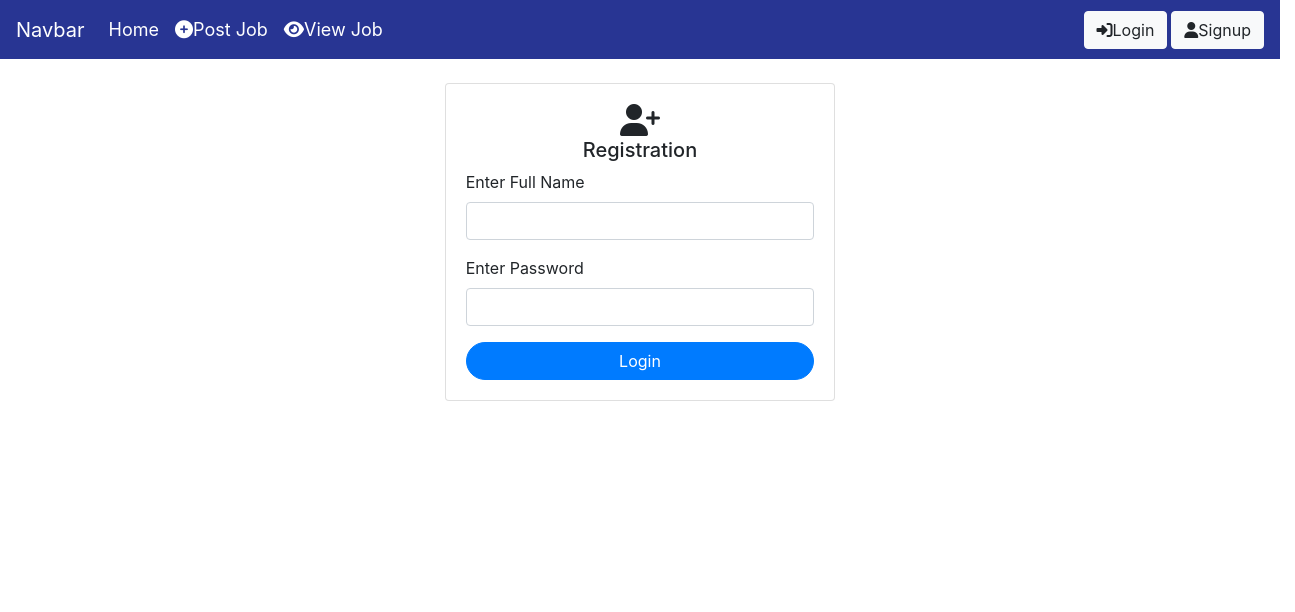
Repository: Pankaj08072001/Adv_Java
Page: http://localhost/06_Job_portal_Project/Signup.jsp
An editor plug-in stored every save of this project. The page is shown before and after the next save, followed by the edit.
The browser window is 1280 px wide. The page is 1295 px wide, so the pictures cover 1295 px, including what lies to the right of the window. The pictures show the whole page.
Some web libraries are served in a nearby version. The page is served by Tomcat 9.

Above is the page before, as saved 2025-03-13 19:59:05.

After the next save:
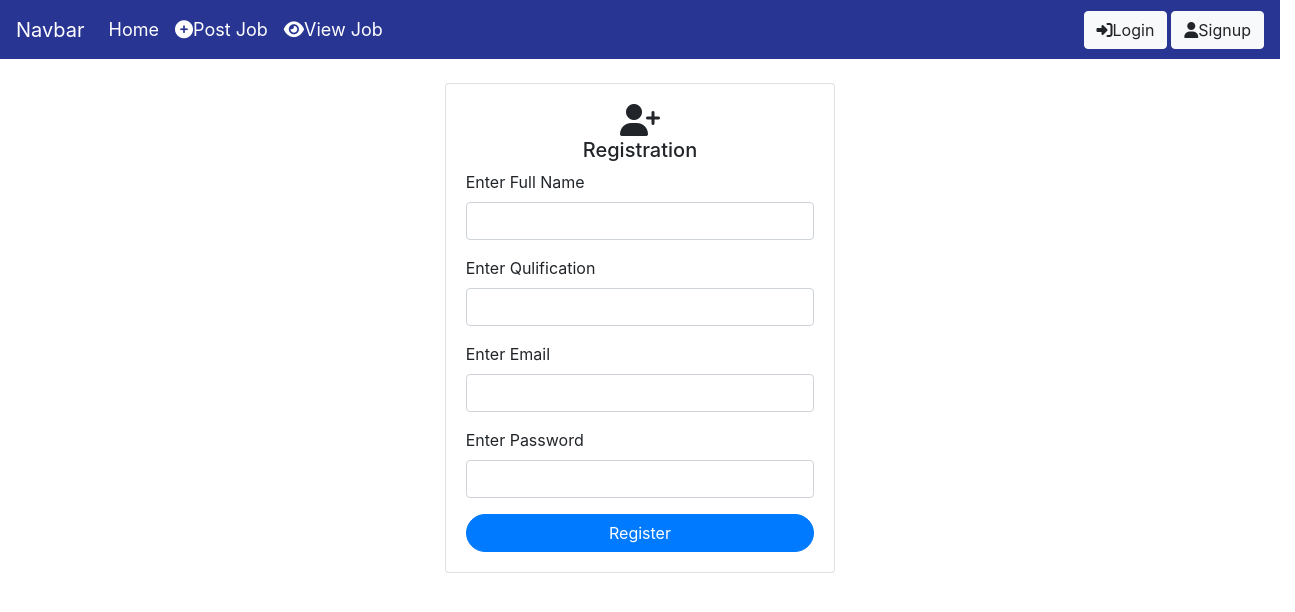
Saved 2 min 45 s later.
--- a/06_Job_portal_Project/src/main/webapp/Signup.jsp
+++ b/06_Job_portal_Project/src/main/webapp/Signup.jsp
@@ -31,13 +31,27 @@
 									required="required" class="form-control"
 									id="exampleInputEmail1" aria-describedby="emailHelp" name="name">
 							</div>
+
+							<div class="form-group">
+								<label>Enter Qulification</label><input type="text"
+									required="required" class="form-control"
+									id="exampleInputEmail1" aria-describedby="emailHelp" name="qua">
+							</div>
+
+							<div class="form-group">
+								<label>Enter Email</label><input type="email"
+									required="required" class="form-control"
+									id="exampleInputEmail1" aria-describedby="emailHelp" name="email">
+							</div>
+
+
 							<div class="form-group">
 								<label>Enter Password</label><input type="password"
 									required="required" class="form-control"
 									id="exampleInputEmail1" name="ps">
 							</div>
 							<button class="btn btn-primary badge-pill btn-block"
-								type="submit">Login</button>
+								type="submit">Register</button>
 						</form>
 
 					</div>
